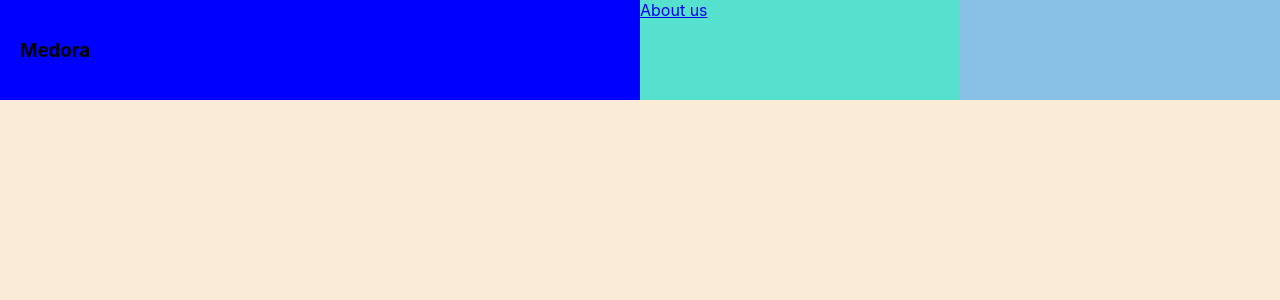
Repository: SbuKhoza/medora
Page: /
The author's editor kept a copy of each file at every save. The page is drawn from the files as they stood at one save, then again after a run of saves.
The browser window is 1280 px wide. The pictures show the whole page.
The project was rebuilt for these pictures with package versions that can differ from the ones it lists, and the page was loaded fresh each time.

Above is the page before, as saved 2024-07-09 13:47:05.

### src/App.js

import './App.css';

function App() {
  return (

   <div className='container'>


    <div className='navleft'>

      <div className='icondiv'>
      <h3 className='icon'>Medora</h3>
      </div>


    </div>

    <div className='navcenter'>
      <a href='#'>About us</a>

    </div>

    <div className='navright'>

    </div>

  </div>
  );
}

export default App;

### src/App.css
body {
  background-color: antiquewhite;
}

.container {
  display: flex;
  height: 100vh;
}

.navleft {
  display: flex;
  width: 50%;
  height:100px;
  background-color: blue;
}

.navcenter {
  display: flex;
  width: 25%;
  height:100px;
  background-color: rgb(86, 224, 206);
}

.navright {
  display: flex;
  width: 25%;
  height:100px;
  background-color: rgb(137, 193, 230);
}

.icondiv {
  width: 40px;
  height: 40px;
  margin: 20px;

}

Loaded but not shown: public/index.html (common file); src/index.js (common file); src/index.css (common file); src/reportWebVitals.js (common file)

After the next 3 saves:
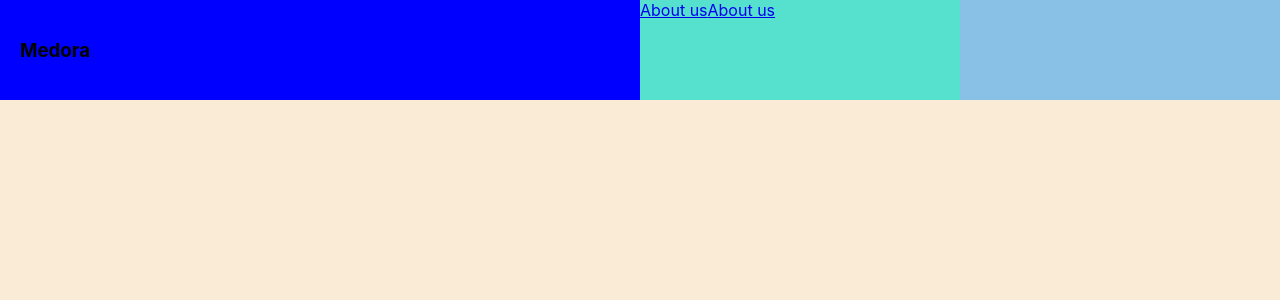
The 3 saves are shown as one change because they came seconds apart.
The last was saved 24 s later.
--- a/src/App.js
+++ b/src/App.js
@@ -18,6 +18,8 @@ function App() {
 
     <div className='navcenter'>
       <a href='#'>About us</a>
+      <a href='#'>About us</a>
+
 
     </div>
 
